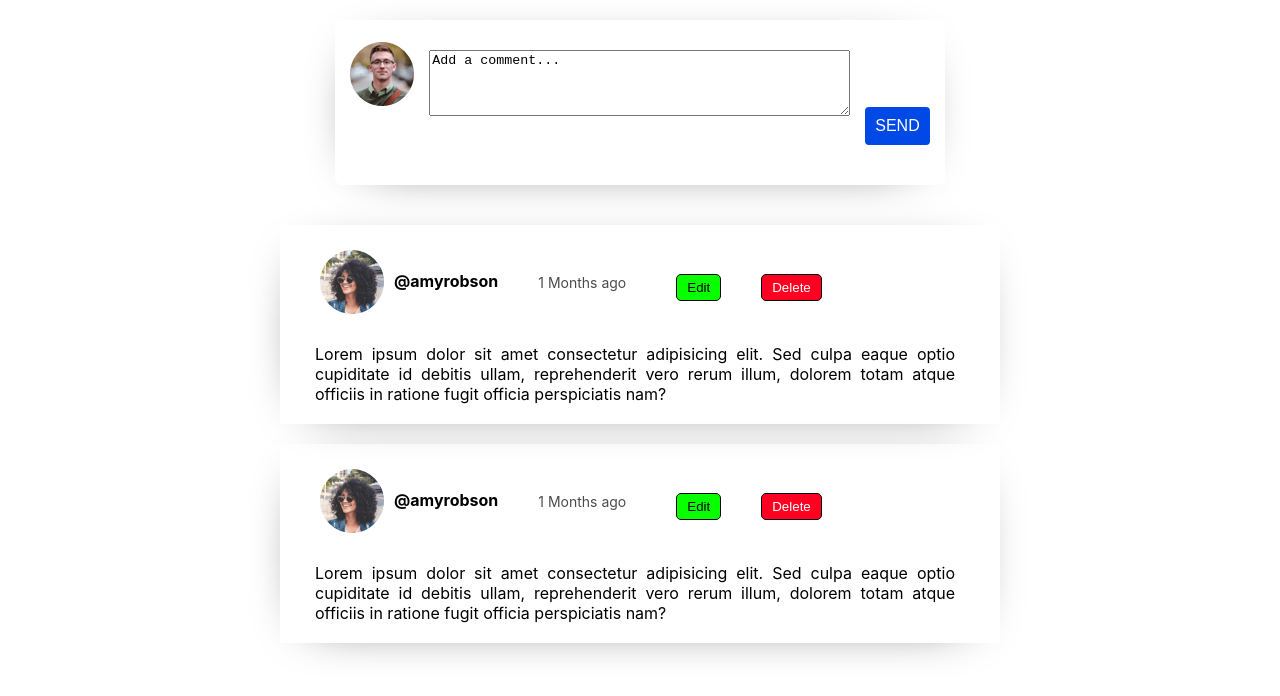
Repository: badhon252/interactive-comments-section
Page: /
The author's editor kept a copy of each file at every save. The page is drawn from the files as they stood at one save, then again after the next save.
The browser window is 1280 px wide. The pictures show the whole page.
The project was rebuilt for these pictures with package versions that can differ from the ones it lists, and the page was loaded fresh each time.

Above is the page before, as saved 2022-01-27 23:10:30.

After the next save:
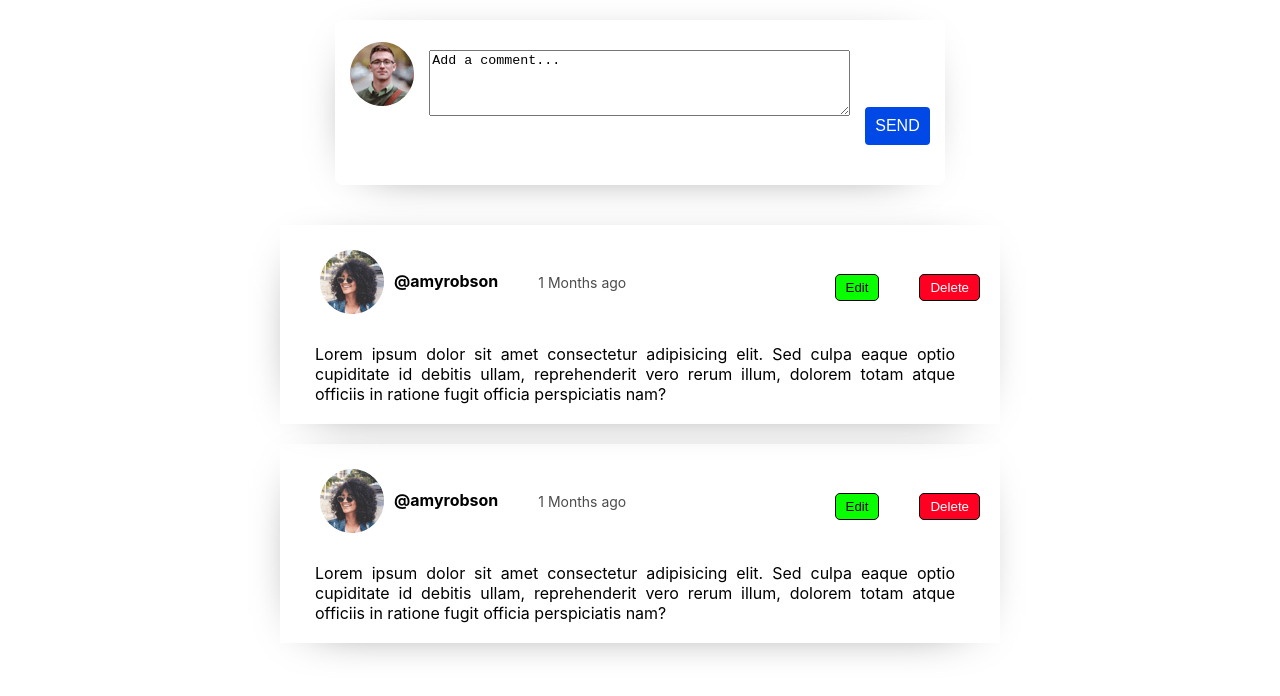
Saved 8 s later.
--- a/src/App.css
+++ b/src/App.css
@@ -71,7 +71,7 @@ textarea {
   text-align: right;
   padding-top: 24px;
   padding-left: 30px;
-  margin-right: auto;
+  margin-left: auto;
 }
 .edit {
   background-color: rgb(9, 255, 0);
